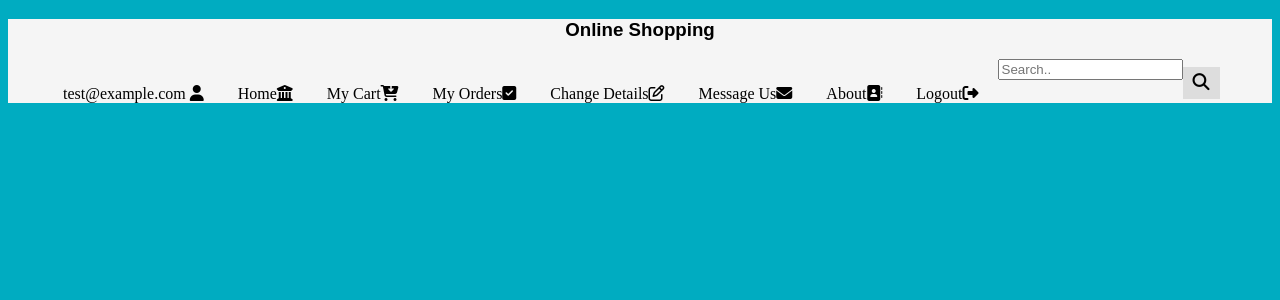
Repository: NidhiDaniel/E-Cart
Page: http://localhost/Online-Shopping-Cart/home.jsp
These files come from the project's save history. The page is drawn as it stood at one moment and after the next save; the edit follows.
The browser window is 1280 px wide. The pictures show the whole page.
Some web libraries are served in a nearby version. The page is served by Tomcat 9. The session is filled in as if someone had signed in: {"email": "test@example.com"}. Other server files are loaded and not shown.

Above is the page before, as saved 2024-01-06 09:23:25.

### Online-Shopping-Cart/src/main/webapp/home.jsp
<%@ page language="java" contentType="text/html; charset=ISO-8859-1"
    pageEncoding="ISO-8859-1"%>
<%@ include file="header.jsp" %>
<!DOCTYPE html>
<html>
<head>
<meta charset="ISO-8859-1">
<title>Home</title>
</head>
<body>

</body>
</html>

### Online-Shopping-Cart/src/main/webapp/header.jsp
<%@ page language="java" contentType="text/html; charset=ISO-8859-1"
	pageEncoding="ISO-8859-1"%>
<!DOCTYPE html>
<html>
<head>
<meta charset="ISO-8859-1">
<title>Insert title here</title>
<link rel="stylesheet" type="text/css" href="./css/header.css">
<link rel="stylesheet" href="https://cdnjs.cloudflare.com/ajax/libs/font-awesome/4.7.0/css/font-awesome.min.css">
<script src='https://kit.fontawesome.com/a076d05399.js' crossorigin='anonymous'></script>
</head>
<body>
	<div class="header">
	<% String email=session.getAttribute("email").toString(); %>

	   <h3>Online Shopping</h3>

		<ul>
		   <li><a href=""><% out.println(email); %><i class="fa fa-user"></i></a></li>
			<li><a href="home.jsp">Home<i class="fa fa-institution"></i></a></li>
			<li><a href="">My Cart<i class="fa fa-cart-arrow-down"></i></a></li>
			<li><a href="">My Orders<i class="fa fa-check-square"></i></a></li>
			<li><a href="">Change Details<i class="fa fa-edit"></i></a></li>
			<li><a href="">Message Us<i class="fa fa-envelope"></i></a></li>
			<li><a href="">About<i class="fa fa-address-book"></i></a></li>
			<li><a href="logout.jsp">Logout<i class="fa fa-sign-out"></i></a></li>
			<li><div class="search-container">
        	<input type="text" placeholder="Search.." name="search">
            <button type="submit"><i class="fa fa-search"></i></button>
        </div></li>
		</ul>

	</div>
</body>
</html>

### Online-Shopping-Cart/src/main/webapp/css/header.css
@charset "ISO-8859-1";
body{
	background: #00ACC1;
}
.header{
	width: auto;
	height:auto;
	background: #f5f5f5;
}
.header ul li{
	list-style: none;
	display: inline-block;

}
.header h3{
	text-align: center;
	font-family: sans-serif;
	font-weight: 900;
}
.header ul li a{
	margin: 15px;
    text-decoration: none;
    color: black;
    font-weight: 500;
}
.search-container {
  float: right;
}
.search-container button {
  float: right;
  padding: 6px 10px;
  margin-top: 8px;
  margin-right: 16px;
  background: #ddd;
  font-size: 17px;
  border: none;
  cursor: pointer;
}
.search-container button:hover {
  background: #ccc;
}

After the next save:
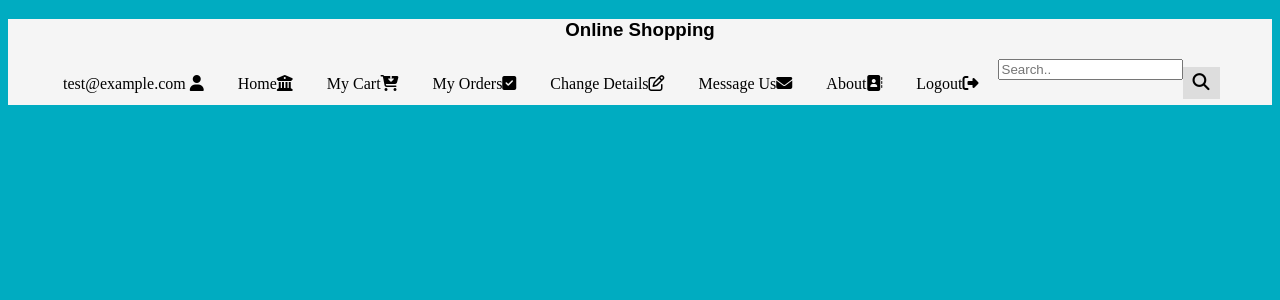
Saved 10 min 59 s later.
--- a/Online-Shopping-Cart/src/main/webapp/css/header.css
+++ b/Online-Shopping-Cart/src/main/webapp/css/header.css
@@ -10,7 +10,10 @@ body{
 .header ul li{
 	list-style: none;
 	display: inline-block;
-
+	height: 30px;
+}
+.header ul li:hover{
+	background: #879487;
 }
 .header h3{
 	text-align: center;
